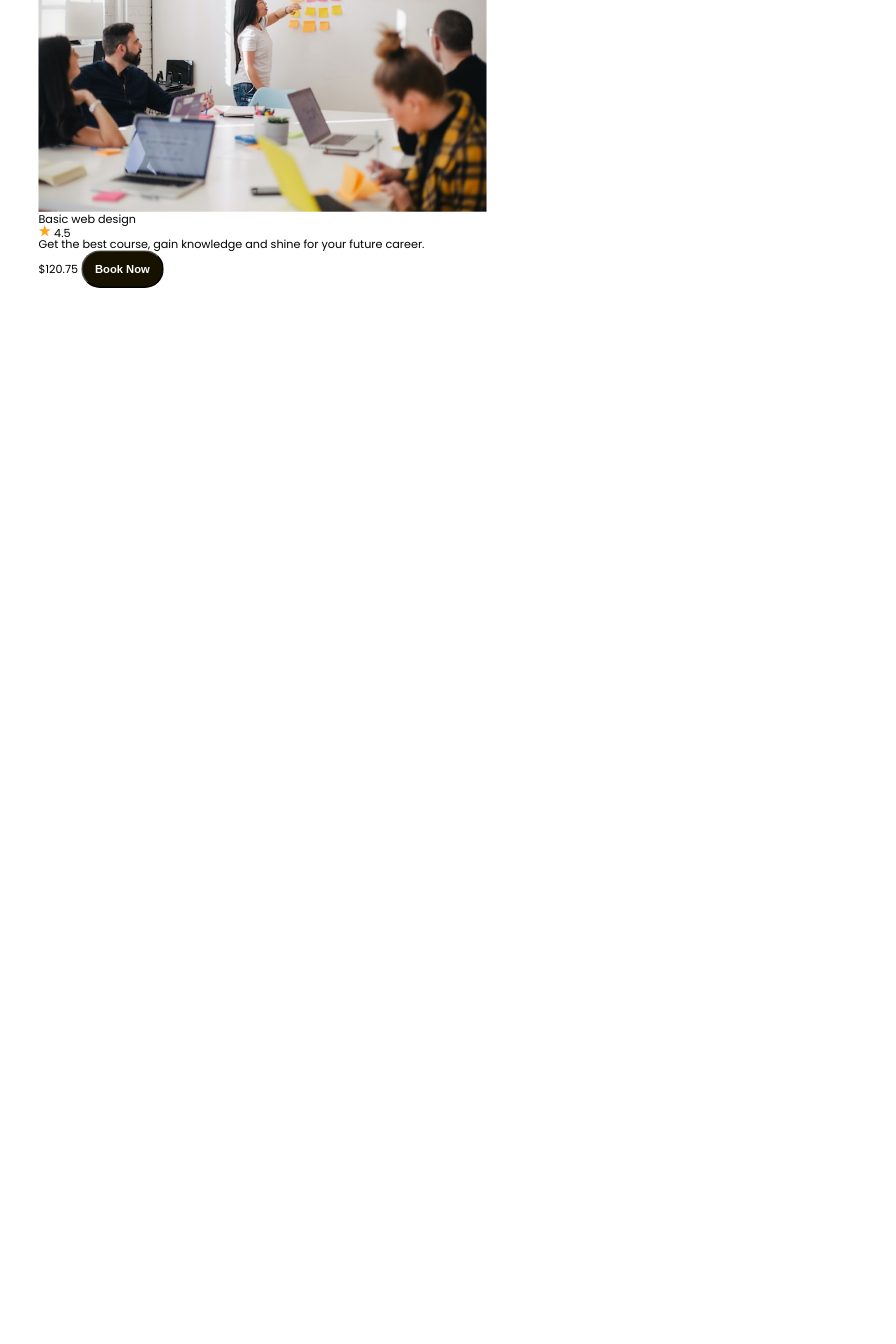
Repository: ynguyen1512/htmlcss-project-02
Page: index.html
An editor plug-in stored every save of this project. The page is shown before and after the next save, followed by the edit.
The browser window is 1280 px wide. The pictures show the part of the page from y = 1348 to 3268 px (the page is 5000 px tall), at 70% of full size.
A picture or video elsewhere on the page could not be fetched, so the positions and the page height are approximate.

Above is the page before, as saved 2023-02-20 22:41:55.

After the next save:
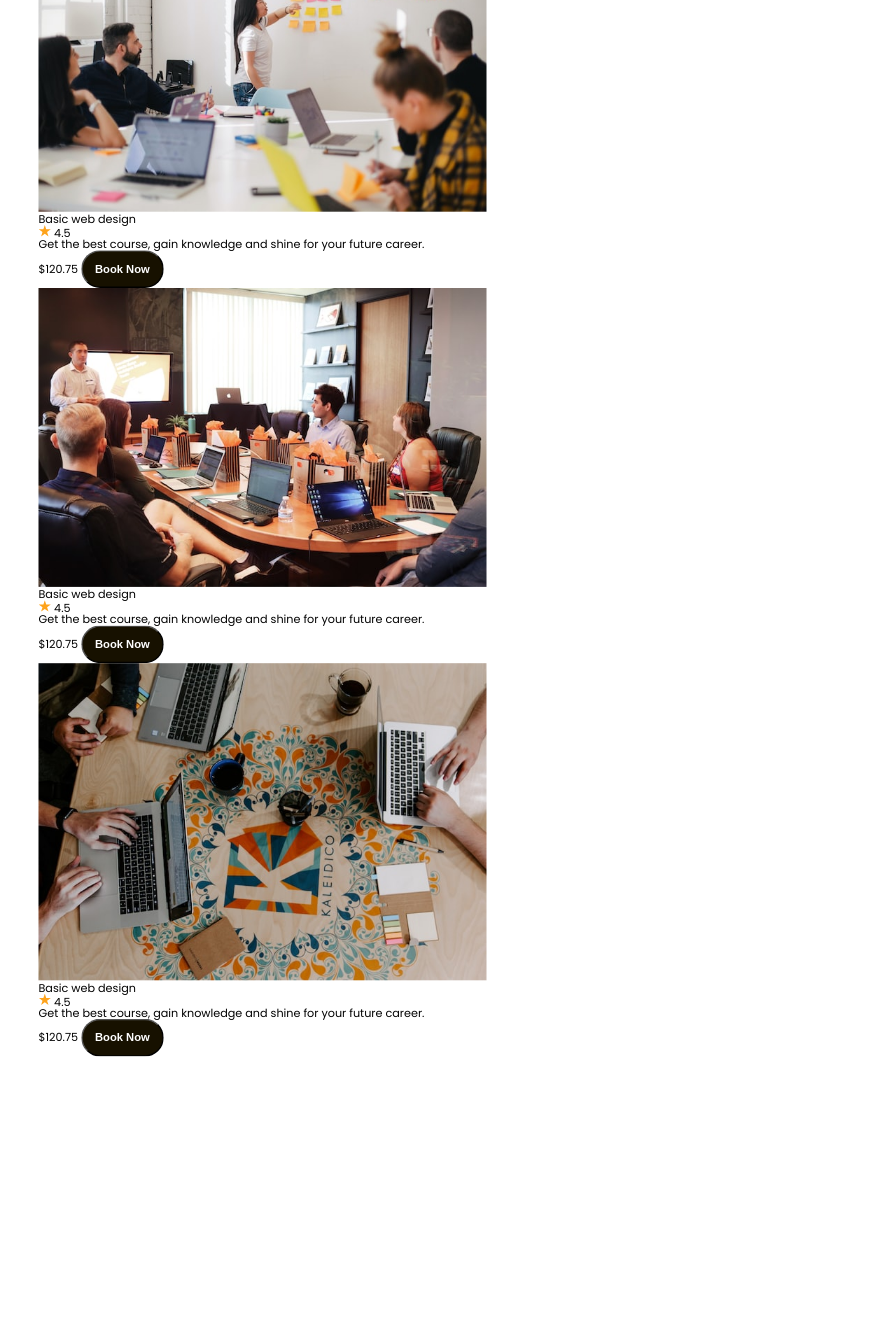
Saved 38 s later.
--- a/index.html
+++ b/index.html
@@ -151,6 +151,48 @@
                             </div>
                         </div>
                     </div>
+                    <!-- Course item 2-->
+                    <div class="course-item">
+                        <img src="./assets/img/course-2.jpg" alt="" class="thumb">
+                        <div class="info">
+                            <div class="head">
+                                <h3 class="title">Basic web design</h3>
+                                <div class="rating">
+                                    <img src="./assets/icons/star.svg" alt="Star" class="star">
+                                    <span class="value">4.5</span>
+                                </div>
+                            </div>
+                            <p class="desc">
+                                Get the best course, gain knowledge and shine for your
+                                future career.
+                            </p>
+                            <div class="foot">
+                                <span class="price">$120.75</span>
+                                <button class="btn">Book Now</button>
+                            </div>
+                        </div>
+                    </div>
+                    <!-- Course item 3-->
+                    <div class="course-item">
+                        <img src="./assets/img/course-3.jpg" alt="" class="thumb">
+                        <div class="info">
+                            <div class="head">
+                                <h3 class="title">Basic web design</h3>
+                                <div class="rating">
+                                    <img src="./assets/icons/star.svg" alt="Star" class="star">
+                                    <span class="value">4.5</span>
+                                </div>
+                            </div>
+                            <p class="desc">
+                                Get the best course, gain knowledge and shine for your
+                                future career.
+                            </p>
+                            <div class="foot">
+                                <span class="price">$120.75</span>
+                                <button class="btn">Book Now</button>
+                            </div>
+                        </div>
+                    </div>
                 </div>
             </div>
         </div>
